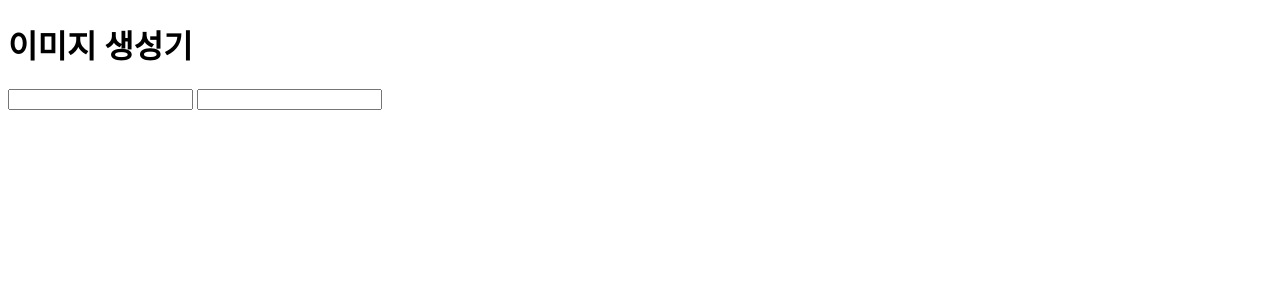
Repository: Jeonseoghyeon/Cloud9-IDE-PRACTICE
Page: http://localhost/pages/
The author's editor kept a record of every edit. The page is drawn from the files as they stood at one moment, then again after the next edit.
The browser window is 1280 px wide. The pictures show the whole page.
The page is served by the project's application, run on Django 2.2 (practice/0330/mygallery/manage.py).

Above is the page before.

After the next edit:
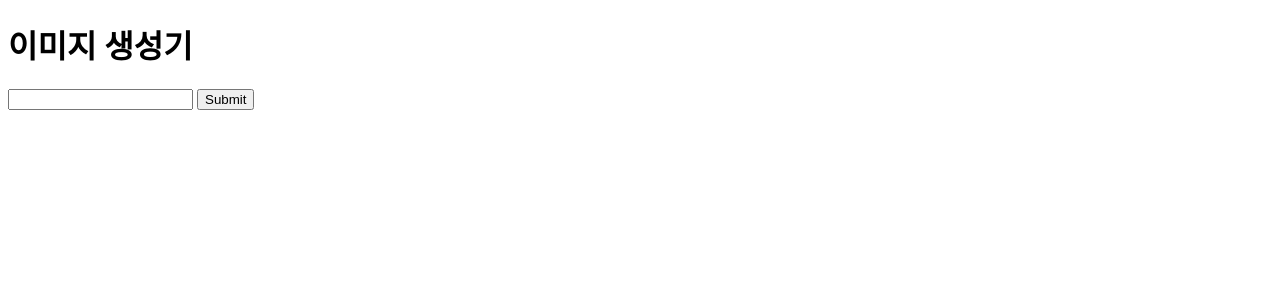
The edit:
--- a/practice/0330/mygallery/pages/templates/index.html
+++ b/practice/0330/mygallery/pages/templates/index.html
@@ -8,9 +8,9 @@
 </head>
 <body>
     <h1>이미지 생성기</h1>
-    <form action="">
-        <input type="text">
-        <input type="text">
+    <form action="pages/gallery/">
+        <input type="text" name="search">
+        <input type="submit">
     </form>
 </body>
 </html>
